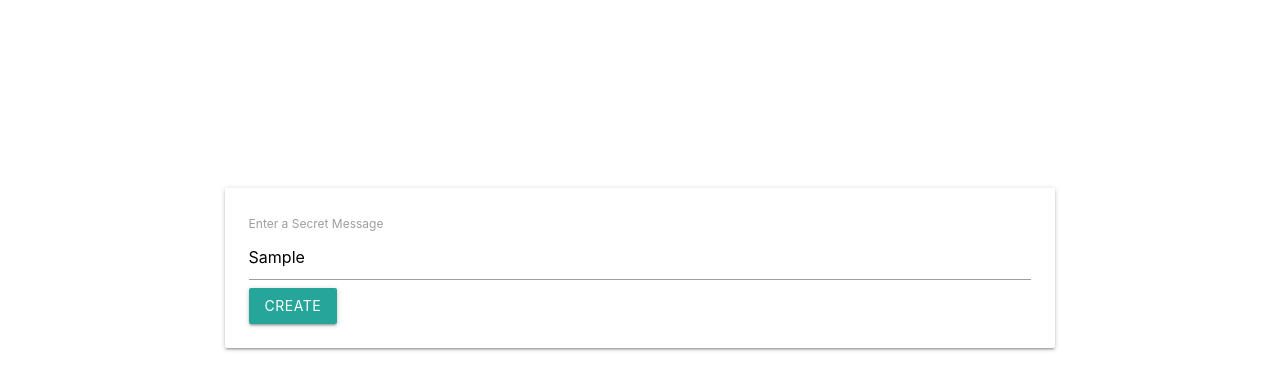
Repository: zhapar/JS-Bootcamp
Page: 4. Secret message/index.html
An editor plug-in stored every save of this project. The page is shown before and after the next save, followed by the edit.
The browser window is 1280 px wide. The pictures show the whole page.
Empty fields were first filled with sample values (such as "Sample", 5 or name@example.com).
After loading, the first visible `form` was submitted once.

Above is the page before, as saved 2020-07-21 16:51:07.

### 4. Secret message/index.html
<!DOCTYPE html>
<html lang="en">
  <head>
    <meta charset="UTF-8" />
    <meta name="viewport" content="width=device-width, initial-scale=1.0" />

    <!-- Compiled and minified CSS -->
    <link
      rel="stylesheet"
      href="https://cdnjs.cloudflare.com/ajax/libs/materialize/1.0.0/css/materialize.min.css"
    />

    <style>
      .row {
        margin-top: 25vh;
      }
    </style>
    <title>Secret Message</title>
  </head>

  <body>
    <div class="row">
      <div class="col s8 offset-s2">
        <div id="message-form" class="card-panel">
          <form>
            <label for="message">Enter a Secret Message</label>
            <input type="text" id="message-input" />
            <button class="btn">Create</button>
          </form>
        </div>

        <div id="link-form" class="card-panel hide">
          <div>
            Share this link with friend
            <input type="text" id="link-input" />
          </div>
        </div>
      </div>
    </div>

    <script src="app.js"></script>
  </body>
</html>

### 4. Secret message/app.js
document.querySelector("form").addEventListener("submit", (e) => {
  e.preventDefault();

  const input = document.querySelector("#message-input");

  const encrypted = btoa(input.value);

  const linkInput = document.querySelector("#link-input");
  linkInput.value = `${window.location}#${encrypted}`;
  linkInput.select();
});

After the next save:
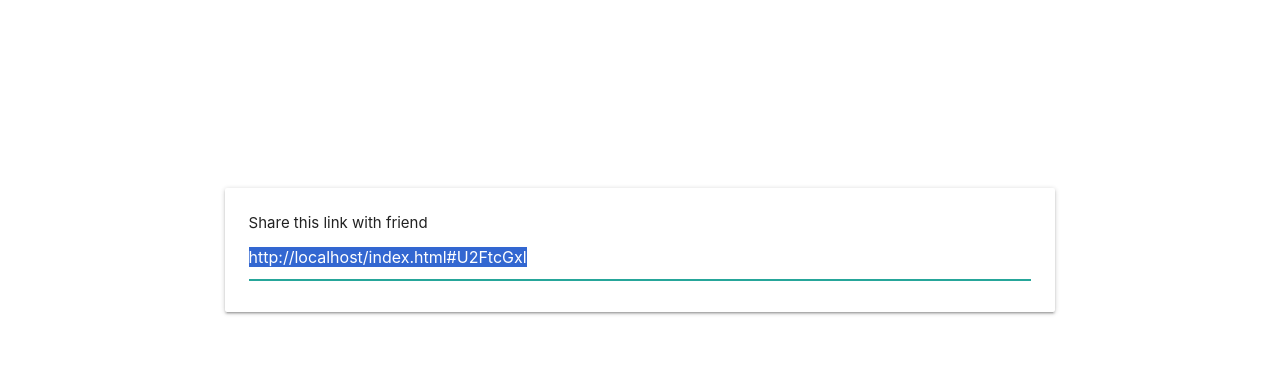
Saved 49 s later.
--- a/4. Secret message/app.js
+++ b/4. Secret message/app.js
@@ -1,5 +1,8 @@
 document.querySelector("form").addEventListener("submit", (e) => {
   e.preventDefault();
+
+  document.querySelector("#message-form").classList.add("hide");
+  document.querySelector("#link-form").classList.remove("hide");
 
   const input = document.querySelector("#message-input");
 
